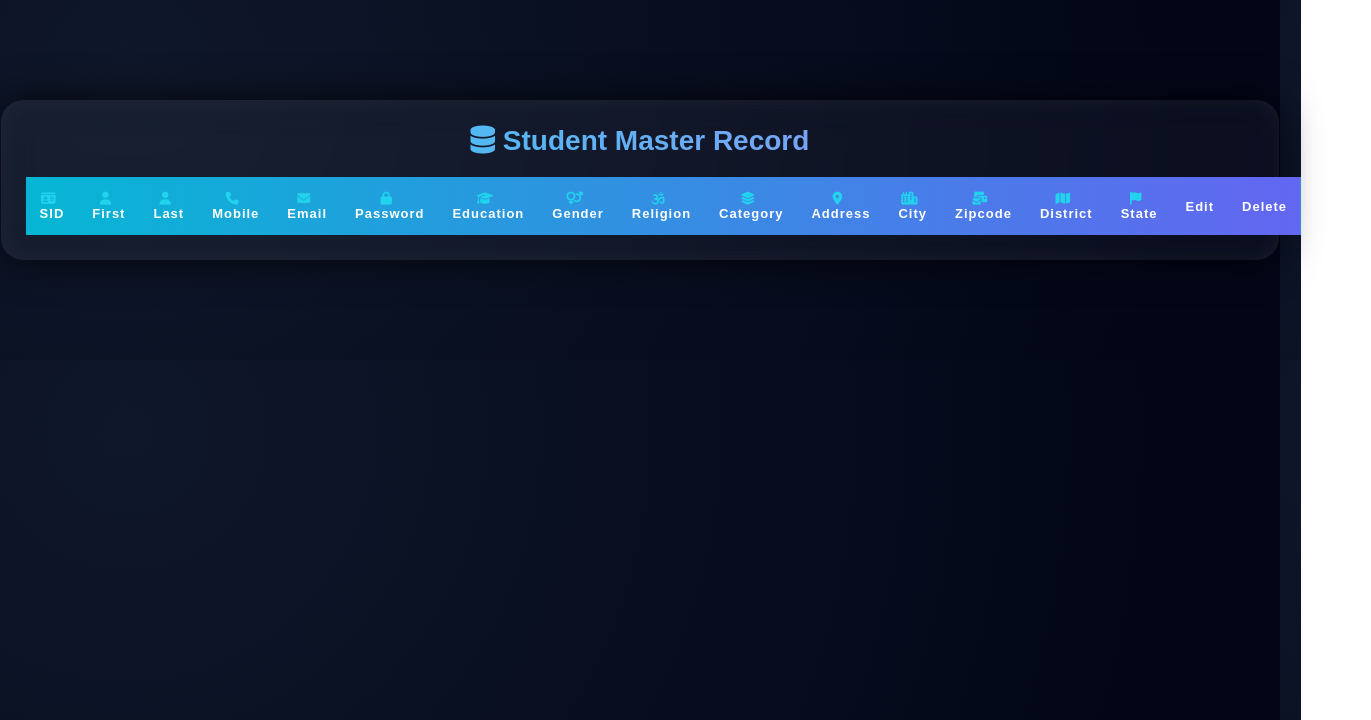
Repository: Pintu-6545/Java_Programming
Page: http://localhost/Students/view.jsp
An editor plug-in stored every save of this project. The page is shown before and after the next save, followed by the edit.
The browser window is 1280 px wide. The page is 1301 px wide, then 1371 px, so the pictures cover 1371 px, including what lies to the right of the window. The pictures show the whole page.
The page is served by Tomcat 10. Queries for data that is not in the repository find no rows.

Above is the page before, as saved 2026-02-07 08:02:05.

After the next save:
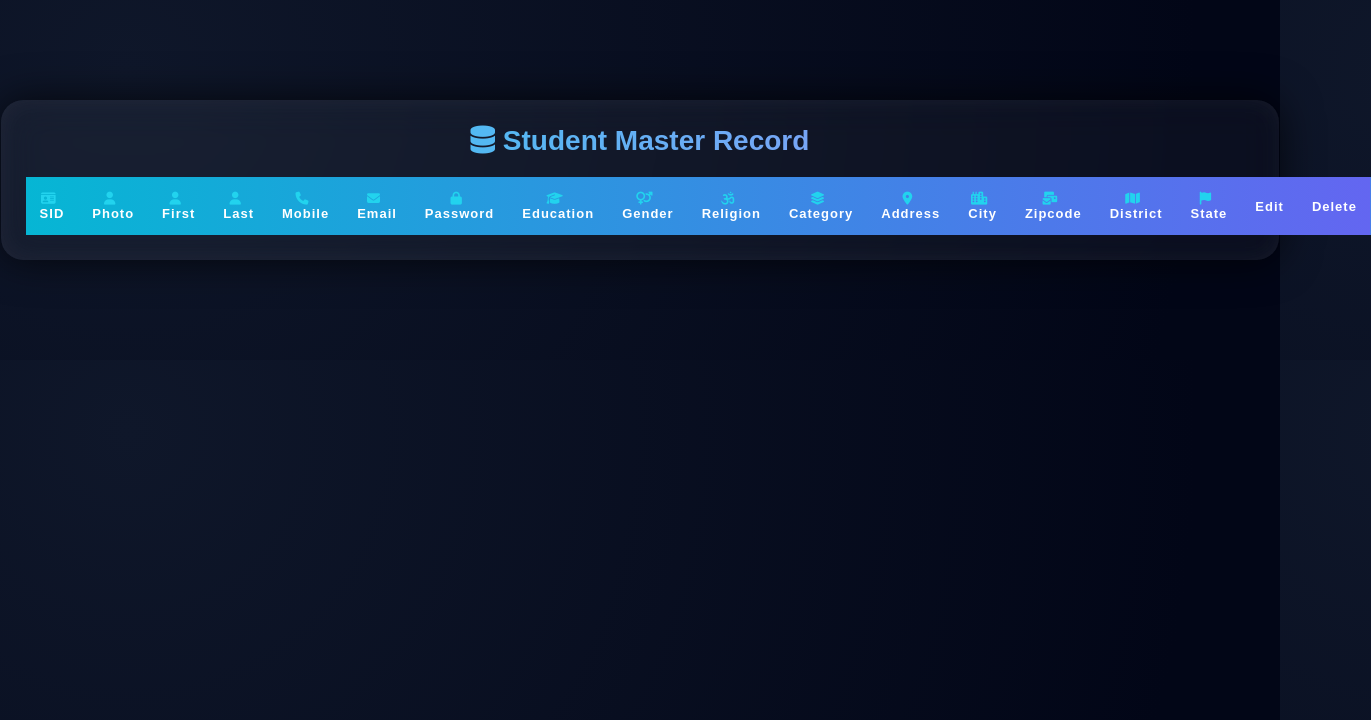
Saved 98 s later.
--- a/Assessement/Student Management/Students/src/main/webapp/view.jsp
+++ b/Assessement/Student Management/Students/src/main/webapp/view.jsp
@@ -28,6 +28,7 @@ Student Master Record
 <thead>
 <tr>
 <th><i class="fa fa-id-card icon"></i>SID</th>
+<th><i class="fa fa-user icon"></i>Photo</th>
 <th><i class="fa fa-user icon"></i>First</th>
 <th><i class="fa fa-user icon"></i>Last</th>
 <th><i class="fa fa-phone icon"></i>Mobile</th>
